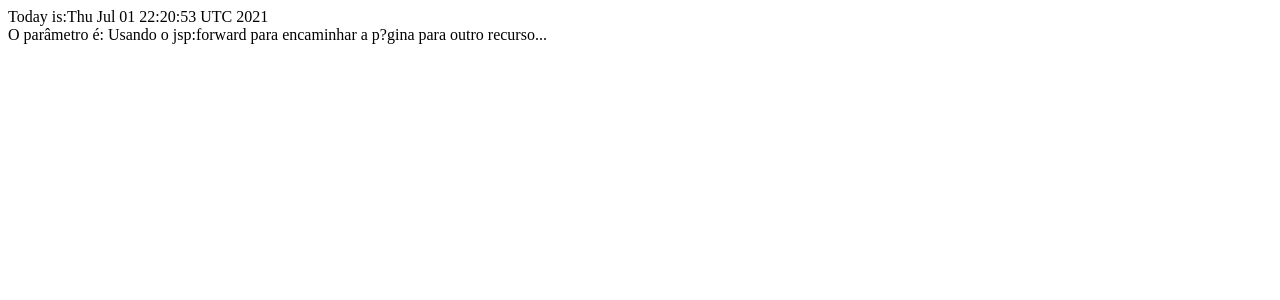
Repository: diegosena7/EstudosJSP
Page: http://localhost/UsandoTagForward_JSP/
The author's editor kept a copy of each file at every save. The page is drawn from the files as they stood at one save, then again after the next save.
The browser window is 1280 px wide. The pictures show the whole page.
The page is served by Tomcat 9.

Above is the page before, as saved 2021-07-01 22:28:53.

### UsandoTagForward_JSP/WebContent/index.jsp
<html>
<body>
<h2>this is index page</h2>

<jsp:forward page="printdate.jsp" >
<jsp:param name="name" value="Usando o jsp:forward para encaminhar a página para outro recurso..."/>
</jsp:forward>

</body>
</html>

### UsandoTagForward_JSP/WebContent/printdate.jsp
<html>
<body>
<% out.print("Today is:"+java.util.Calendar.getInstance().getTime()); %>
<br/>
O parâmetro é: <%=request.getParameter("name") %>
</body>
</html>

After the next save:
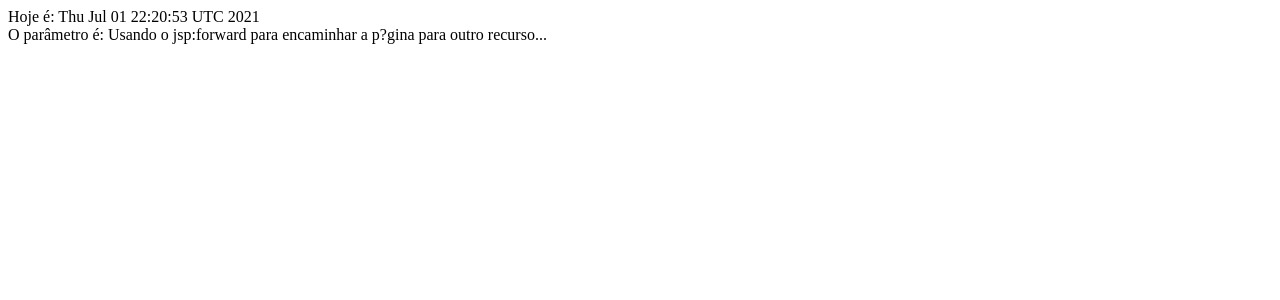
Saved 26 s later.
--- a/UsandoTagForward_JSP/WebContent/printdate.jsp
+++ b/UsandoTagForward_JSP/WebContent/printdate.jsp
@@ -1,6 +1,6 @@
 <html>
 <body>
-<% out.print("Today is:"+java.util.Calendar.getInstance().getTime()); %>
+<% out.print("Hoje é: "+java.util.Calendar.getInstance().getTime()); %>
 <br/>
 O parâmetro é: <%=request.getParameter("name") %>
 </body>
